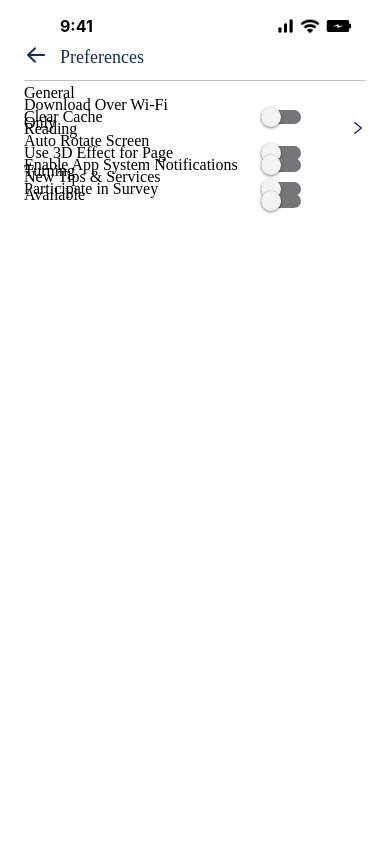
Repository: tnmod/Erabook
Screen: / (app in app/)
The author's editor kept a copy of each file at every save. The screen is drawn from the files as they stood at one save, then again after the next save.
The app was drawn by React Native's web renderer in a window 390 px wide. The project was rebuilt for these pictures with package versions that can differ from the ones it lists, and the page was loaded fresh each time. Imported but missing from the stored project, and not drawn on this page: app/src/redux/features/CounterAPI.

Above is the screen before, as saved 2023-05-25 19:16:17.

### app/App.tsx


import React, { useState, Dispatch } from 'react';
import type { PropsWithChildren } from 'react';
import {
  Image,
  SafeAreaView,
  ScrollView,
  StatusBar,
  StyleSheet,
  Text,
  useColorScheme,
  View,
} from 'react-native';

import {
  Colors,
  DebugInstructions,
  Header,
  LearnMoreLinks,
  ReloadInstructions,
} from 'react-native/Libraries/NewAppScreen';
import MainNagivator from './src/Navigator/MainNavigator';
import { NavigationContainer } from '@react-navigation/native';
import { store } from './src/redux/app/store';
import { Provider } from 'react-redux';
import EbookItem from './src/components/Item/EbookItem';
import DetailScreen from './src/screens/detailScreen/DetailScreen';
import Notification from './src/screens/Notification/Notification';
import Preferences from './src/screens/Preferences/Preferences';





type SectionProps = PropsWithChildren<{
  title: string;
}>;
type Model = {
  name: String;
  age: Number;
}


const StatusBarIOS = () => {
  return (
    <View style={{ width: "100%", height: 42, paddingTop: 10, justifyContent: 'space-between', flexDirection: 'row', backgroundColor: 'white' }}>
      <View style={{ height: "100%", flex: 1, marginHorizontal: 20, justifyContent: 'center', alignItems: 'center', flexDirection: 'row' }}>
        <Text style={{ fontWeight: 'bold', fontSize: 16, color: 'black' }}>9:41</Text>
      </View>
      <View style={{ flex: 3 / 4 }}></View>
      <View style={{ height: "100%", flex: 1, marginHorizontal: 20, justifyContent: 'center', alignItems: 'center', flexDirection: 'row' }}>
        <Image style={{ width: 19, height: 16, margin: 2, resizeMode: 'stretch' }} source={require('./src/assets/statusbar-signal.png')} />
        <Image style={{ width: 22, height: 22, margin: 2 }} source={require('./src/assets/statusbar-wifi.png')} />
        <Image style={{ width: 27, height: 24, margin: 2, resizeMode: 'stretch' }} source={require('./src/assets/statusbar-battery.png')} />
      </View>
    </View>
  )
}


const App: React.FC<Model> = () => {

  return (
    <Provider store={store} >
      <NavigationContainer>
        <SafeAreaView style={{ flex: 1 }}>
          <StatusBarIOS />
          <StatusBar hidden={true} />
          {/* <MainNagivator /> */}
          {/* <EbookItem /> */}
          <Preferences/>
        </SafeAreaView>
      </NavigationContainer>
    </Provider>
  );
}

const styles = StyleSheet.create({
  sectionContainer: {
    marginTop: 32,
    paddingHorizontal: 24,
  },
  sectionTitle: {
    fontSize: 24,
    fontWeight: '600',
  },
  sectionDescription: {
    marginTop: 8,
    fontSize: 18,
    fontWeight: '400',
  },
  highlight: {
    fontWeight: '700',
  },
});

export default App;

### app/src/redux/app/store.js
import { configureStore } from "@reduxjs/toolkit";
import CounterReducer from "../features/CounterSilce";


export const store = configureStore({
    reducer:{
        counter: CounterReducer,
    }
})

### app/src/screens/Preferences/Preferences.tsx
import { StyleSheet, Text, View, Image, ScrollView, TouchableOpacity } from 'react-native'
import React, { useState } from 'react'
import { SafeAreaView } from 'react-native-safe-area-context'
import { Popins } from '../../components/popins'
import Icon from 'react-native-vector-icons/AntDesign'
import { Switch } from '@rneui/themed';

const Notification: React.FC = () => {
    const [isEnabled, setIsEnabled] = useState(false);
    const toggleSwitch = () => setIsEnabled(previousState => !previousState);

    return (
        <ScrollView style={{ backgroundColor: 'white', flex: 1 }}>
            <View style={[styles.container]}>
                <TouchableOpacity style={{ flexDirection: 'row', alignItems: 'center', }}>
                    <Icon size={24} name='arrowleft' color={'#192e51'} />
                    <Text style={[styles.text500, { marginLeft: 12, fontSize: 18 }]}>Preferences</Text>
                </TouchableOpacity>
                <View style={{ width: "100%", height: 0.5, backgroundColor: 'grey', opacity: 0.5, marginVertical: 12 }}></View>
                <View style={[{ marginTop: 12 }]}>
                    <View style={[styles.container1]}>
                        <Text style={[styles.text3]}>General</Text>
                    </View>
                    <TouchableOpacity style={[styles.container1]}>
                        <Text style={[styles.text3]}>Download Over Wi-Fi Only</Text>
                        <View style={styles.container3}>
                            <Switch
                                trackColor={{ false: '#767577', true: '#81b0ff' }}
                                thumbColor={isEnabled ? '#f5dd4b' : '#f4f3f4'}
                                ios_backgroundColor="#3e3e3e"
                                onValueChange={toggleSwitch}
                                value={isEnabled}
                            />
                        </View>
                    </TouchableOpacity>
                    <TouchableOpacity style={[styles.container1]}>
                        <Text style={[styles.text3]}>Clear Cache</Text>
                        <Icon size={16} name='right' color={'#192e51'} />
                    </TouchableOpacity>
                    <TouchableOpacity style={[styles.container1]}>
                        <Text style={[styles.text3]}>Reading</Text>
                    </TouchableOpacity>
                    <TouchableOpacity style={[styles.container1]}>
                        <Text style={[styles.text3]}>Auto Rotate Screen</Text>
                        <View style={styles.container3}>
                            <Switch
                                trackColor={{ false: '#767577', true: '#81b0ff' }}
                                thumbColor={isEnabled ? '#f5dd4b' : '#f4f3f4'}
                                ios_backgroundColor="#3e3e3e"
                                onValueChange={toggleSwitch}
                                value={isEnabled}
                            />
                        </View>
                    </TouchableOpacity>
                    <TouchableOpacity style={[styles.container1]}>
                        <Text style={[styles.text3]}>Use 3D Effect for Page Turning</Text>
                        <View style={styles.container3}>
                            <Switch
                                trackColor={{ false: '#767577', true: '#81b0ff' }}
                                thumbColor={isEnabled ? '#f5dd4b' : '#f4f3f4'}
                                ios_backgroundColor="#3e3e3e"
                                onValueChange={toggleSwitch}
                                value={isEnabled}
                            />
                        </View>
                    </TouchableOpacity>
                    <TouchableOpacity style={[styles.container1]}>
                        <Text style={[styles.text3]}>Enable App System Notifications</Text>
                    </TouchableOpacity>
                    <TouchableOpacity style={[styles.container1]}>
                        <Text style={[styles.text3]}>New Tips & Services Available</Text>
                        <View style={styles.container3}>
                            <Switch
                                trackColor={{ false: '#767577', true: '#81b0ff' }}
                                thumbColor={isEnabled ? '#f5dd4b' : '#f4f3f4'}
                                ios_backgroundColor="#3e3e3e"
                                onValueChange={toggleSwitch}
                                value={isEnabled}
                            />
                        </View>
                    </TouchableOpacity>
                    <TouchableOpacity style={[styles.container1]}>
                        <Text style={[styles.text3]}>Participate in Survey</Text>
                        <View style={styles.container3}>
                            <Switch
                                trackColor={{ false: '#767577', true: '#81b0ff' }}
                                thumbColor={isEnabled ? '#f5dd4b' : '#f4f3f4'}
                                ios_backgroundColor="#3e3e3e"
                                onValueChange={toggleSwitch}
                                value={isEnabled}
                            />
                        </View>
                    </TouchableOpacity>
                </View>
            </View>
        </ScrollView>
    )
}



export default Notification

const styles = StyleSheet.create({

    container: {
        flex: 1,
        paddingHorizontal: 24,
        backgroundColor: 'white',
    },
    container1: {
        flex: 0,
        flexDirection: 'row',
        alignItems: 'center',
        marginBottom: 12,
    },
    container3: {
        flex: 1,
        alignItems: 'center',
        justifyContent: 'center',
    },

    text1: {
        fontSize: 20,
        fontWeight: '700',
        color: 'black',
        justifyContent: 'space-between',
    },
    text3: {
        flex: 1,
        fontSize: 16,
        fontFamily: Popins[400],
        color: 'black',
        justifyContent: 'space-between',
        height: 42,
        textAlignVertical: 'center'
    },
    img: {
        width: 24,
        height: 24
    },


    color: {
        color: '#192e51',
    },
    textCenter: {
        textAlign: 'center',
        textAlignVertical: 'center'
    },
    text400: {
        color: '#192e51',
        fontFamily: Popins[400],
        top: 1.8,
    },
    text500: {
        color: '#192e51',
        fontFamily: Popins[500],
        top: 2,
    },
    text700: {
        color: '#192e51',
        fontFamily: Popins[700],
        top: 2.1,
    },
    center: {
        alignItems: 'center'
    },

})

### app/src/redux/features/CounterSilce.js
import { createAsyncThunk, createSlice } from '@reduxjs/toolkit';
import { fetchCount } from './CounterAPI';

const initialState = {
    value: 0,
    status: 'idle',
};

export const incrementAsync = createAsyncThunk(
    'counter/fetchCount',
    async amount => {
        const response = await fetchCount(amount);
        return response.data;
    },
);

export const counterSlice = createSlice({
    name: 'counter',
    initialState,
    reducers: {
        increment: state => {
            state.value += 1;
        },
        decrement: state => {
            state.value -= 1;
        },
        incrementByAmount: (state, action) => {
            state.value += action.payload;
        },
    },
    extraReducers: builder => {
        builder
            .addCase(incrementAsync.pending, state => {
                state.status = 'loading';
            })
            .addCase(incrementAsync.fulfilled, (state, action) => {
                state.status = 'idle';
                state.value += action.payload;
            });
    },
});

export const { increment, decrement, incrementByAmount } = counterSlice.actions;

export const selectCount = state => state.counter.value;

export const incrementIfOdd = amount => (dispatch, getState) => {
    const currentValue = selectCount(getState());
    if (currentValue % 2 === 1) {
        dispatch(incrementByAmount(amount));
    }
};

export default counterSlice.reducer;

### app/src/components/popins.js

const Popins = {
    '400': 'Poppins-Regular',
    '500': 'Poppins-Medium',
    '600': 'Poppins-SemiBold',
    '700': 'Poppins-Bold',
    '800': 'Poppins-ExtraBold',
    '900': 'Poppins-Black',
}

export { Popins }

After the next save:
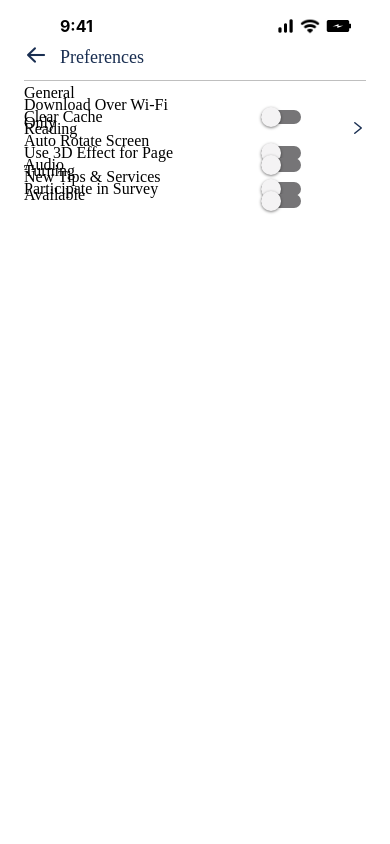
Saved 15 s later.
--- a/app/src/screens/Preferences/Preferences.tsx
+++ b/app/src/screens/Preferences/Preferences.tsx
@@ -65,7 +65,7 @@ const Notification: React.FC = () => {
                         </View>
                     </TouchableOpacity>
                     <TouchableOpacity style={[styles.container1]}>
-                        <Text style={[styles.text3]}>Enable App System Notifications</Text>
+                        <Text style={[styles.text3]}>Audio</Text>
                     </TouchableOpacity>
                     <TouchableOpacity style={[styles.container1]}>
                         <Text style={[styles.text3]}>New Tips & Services Available</Text>
